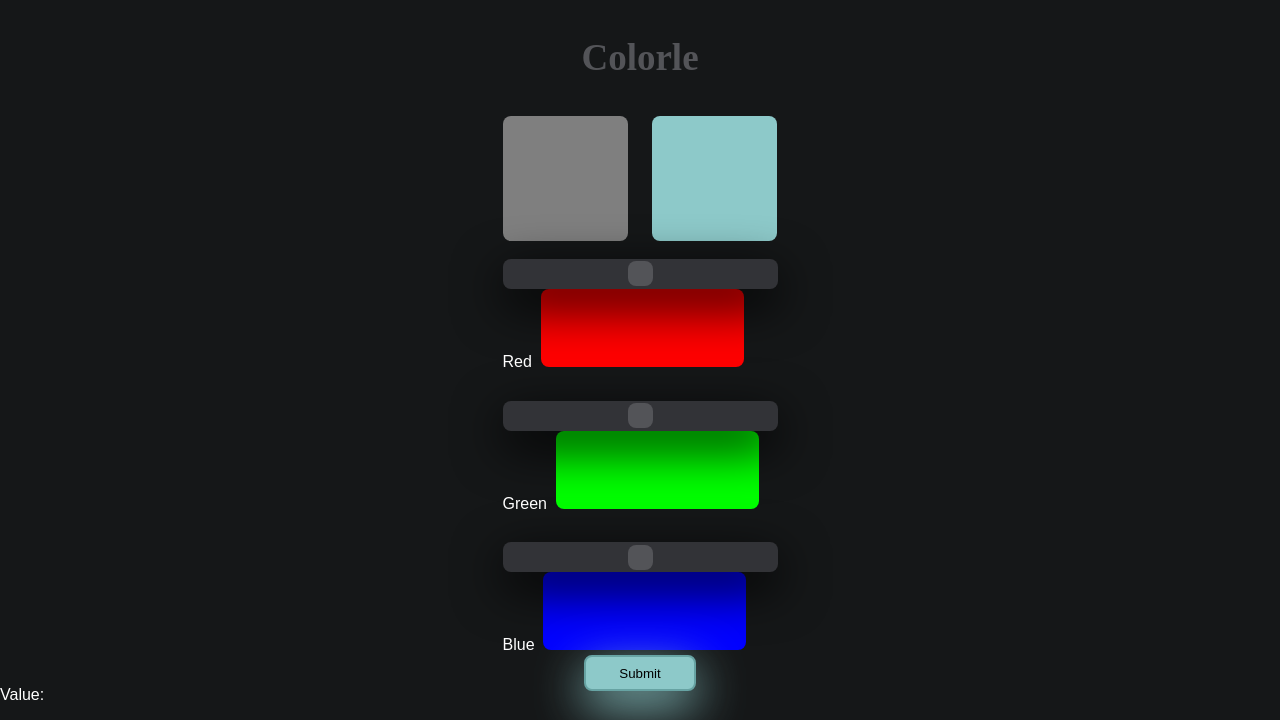
Repository: Artem-Melnik/Colorle
Page: index.html
The author's editor kept a copy of each file at every save. The page is drawn from the files as they stood at one save, then again after the next save.
The browser window is 1280 px wide. The pictures show the whole page.

Above is the page before, as saved 2022-05-14 17:16:44.

After the next save:
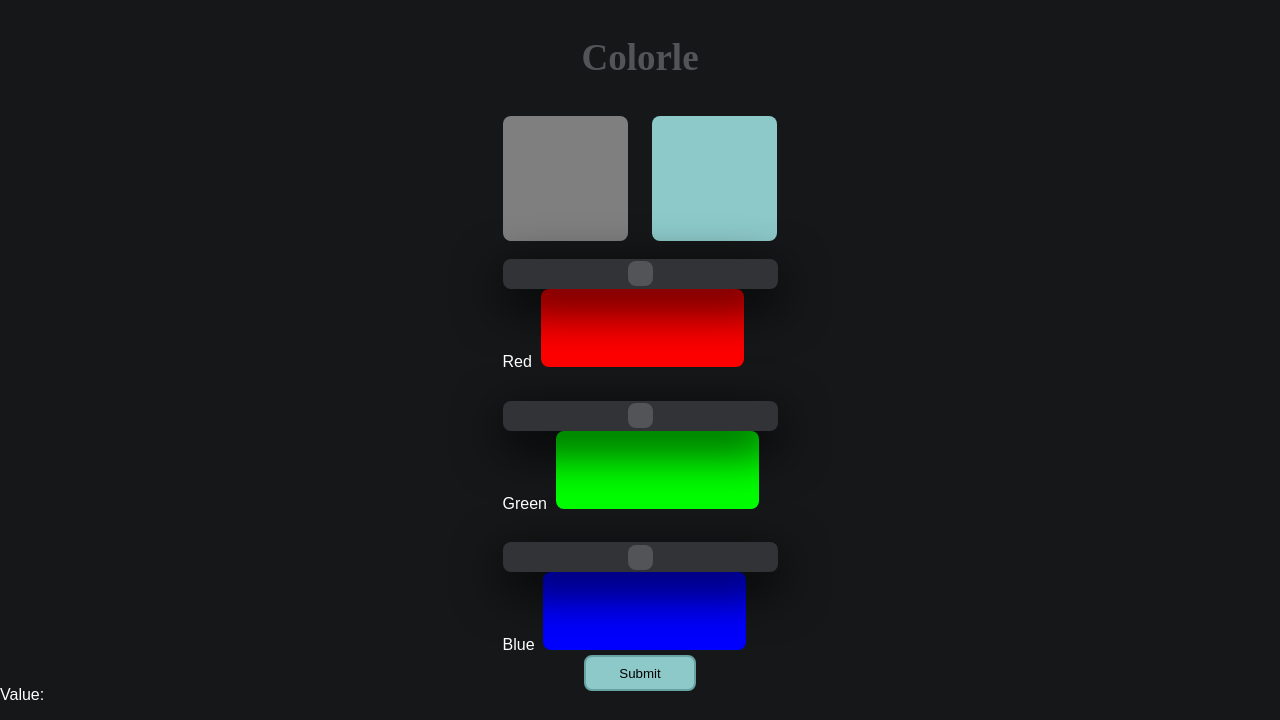
Saved 8 s later.
--- a/styles.css
+++ b/styles.css
@@ -214,7 +214,6 @@ body {
   bottom: 4%;
   border: 2px solid;
   border-radius: 8px;
-  filter: drop-shadow(0px 15px 25px #8dc9c9);
 }
 
 #submitButton:hover {
